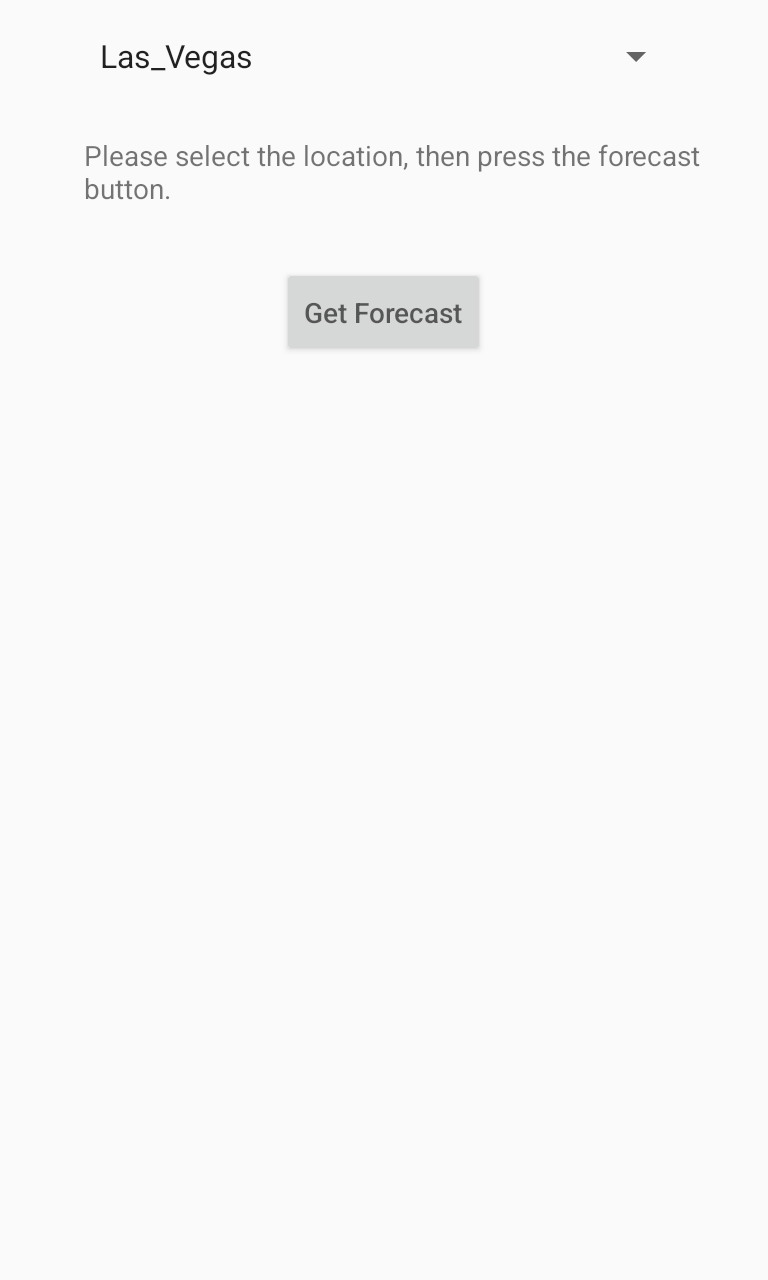
Repository: g80349/Java1
Layout: Week2/Weather/res/layout/activity_main.xml
These files come from the project's save history. The layout is drawn as it stood at one moment and after the next save; the edit follows.
It is drawn on a 768 x 1280 px phone screen (xhdpi) without system bars, with theme AppTheme; the app's code is not run.

Above is the layout before, as saved 2014-04-09 06:59:14.

After the next save:
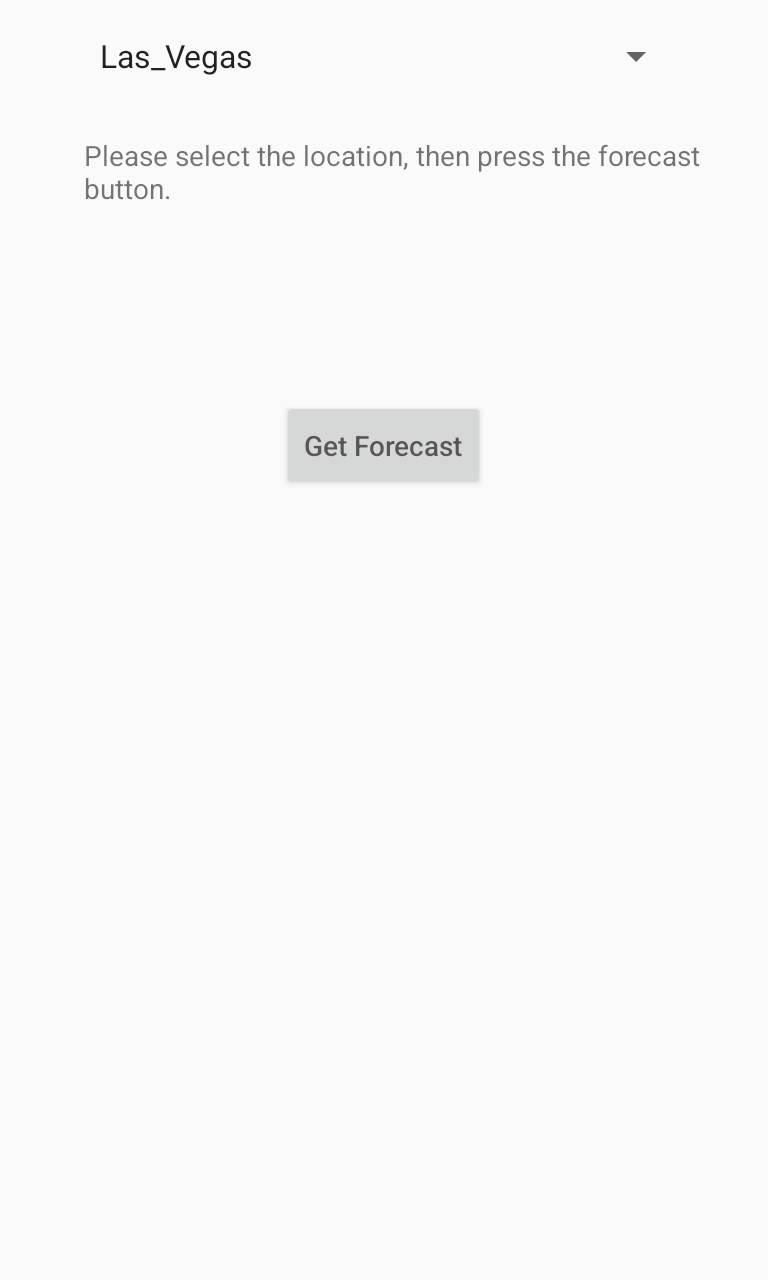
Saved 48 s later.
--- a/Week2/Weather/res/layout/activity_main.xml
+++ b/Week2/Weather/res/layout/activity_main.xml
@@ -16,16 +16,6 @@
         android:layout_centerHorizontal="true"
         android:entries = "@array/location_array" />
 
-    <Button
-        android:id="@+id/enter"
-        android:layout_width="wrap_content"
-        android:layout_height="wrap_content"
-        android:layout_below="@+id/location"
-        android:layout_centerHorizontal="true"
-        android:layout_marginTop="92dp"
-        android:hint="@string/enter_button"
-        android:onClick="onClick" />
-
     <TextView
         android:id="@+id/forecast"
         android:layout_width="wrap_content"
@@ -35,4 +25,14 @@
         android:layout_marginTop="28dp"
         android:text="@string/forecast_text" />
 
+    <Button
+        android:id="@+id/enter"
+        android:layout_width="wrap_content"
+        android:layout_height="wrap_content"
+        android:layout_below="@+id/forecast"
+        android:layout_centerHorizontal="true"
+        android:layout_marginTop="95dp"
+        android:hint="@string/enter_button"
+        android:onClick="onClick" />
+
 </RelativeLayout>
